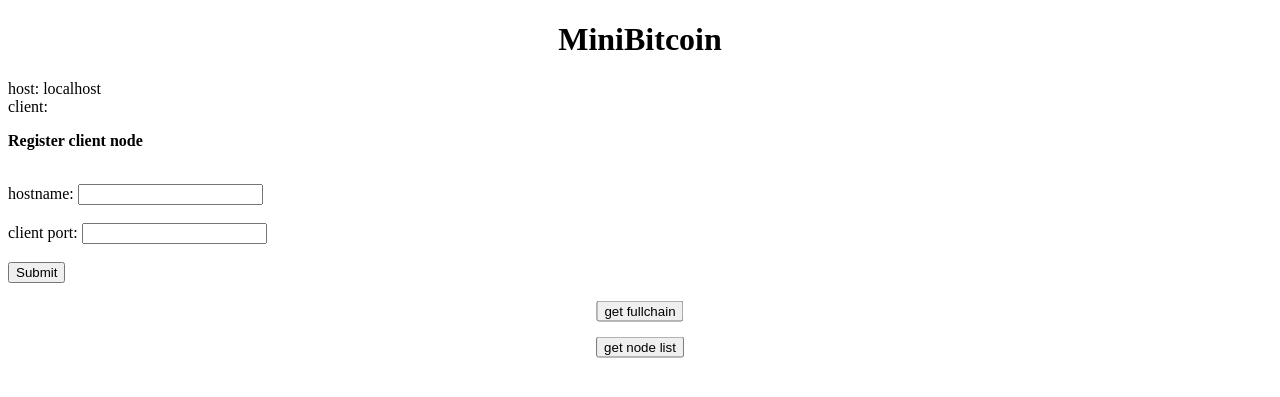
Repository: lam4562311/Minibitcoin
Page: http://localhost/
An editor plug-in stored every save of this project. The page is shown before and after the next save, followed by the edit.
The browser window is 1280 px wide. The pictures show the whole page.
Some web libraries are served in a nearby version. The page is served by the project's application, run on Flask 3 (bitcoin-5003.py).

Above is the page before, as saved 2022-04-09 15:46:52.

After the next save:
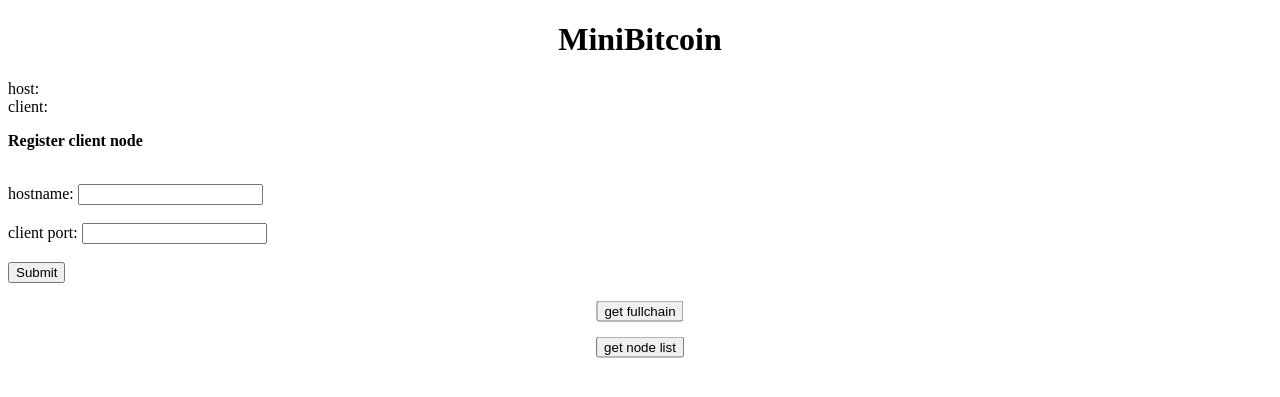
Console error: ReferenceError: formSubmit is not defined
Saved 6 min 11 s later.
--- a/static/index.js
+++ b/static/index.js
@@ -5,6 +5,8 @@ let full_chain_span = document.querySelector("#fullchain_span")
 let full_node_span = document.querySelector("#node_list_span")
 let hostname_span = document.querySelector("#hostname_span")
 let client_id_span = document.querySelector("#client_id_span")
+
+let Register_node_submit_listener = document.getElementById("Register_form").addEventListener("submit", formSubmit);
 
 hostname_span.innerHTML = window.location.hostname;
 client_id_span.innerHTML = window.location.port;
@@ -35,6 +37,8 @@ function get_node_list(){
         }
     )
 }
+function attachFormSubmitEvent(Register_form){
 
+}
 $(get_chain_bt).click(()=>get_full_chain());
 $(get_node_bt).click(()=>get_node_list());
